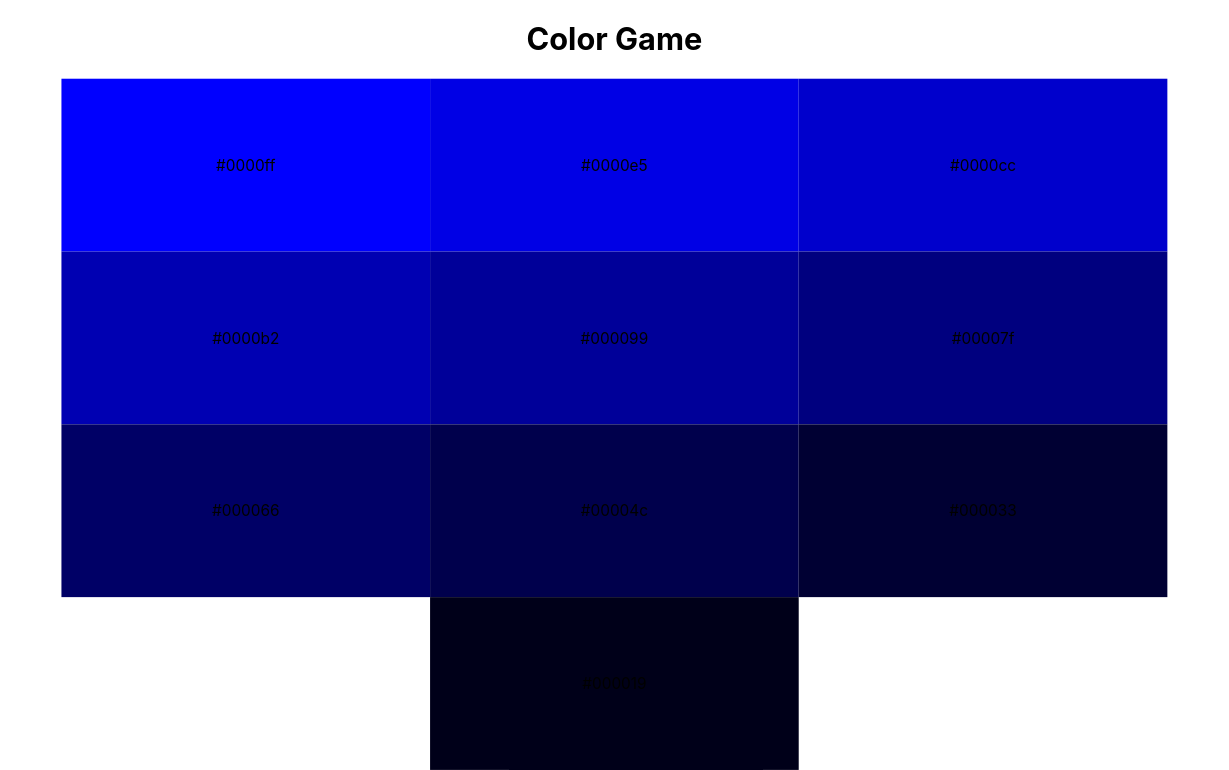
Repository: johnmutina/shades_of_blue
Page: /
The author's editor kept a copy of each file at every save. The page is drawn from the files as they stood at one save, then again after a run of saves.
The browser window is 1280 px wide. The pictures show the whole page, at 96% of full size.
The project was rebuilt for these pictures with package versions that can differ from the ones it lists, and the page was loaded fresh each time.

Above is the page before, as saved 2019-06-22 15:06:33.

### src/App.js
import React from 'react';
import ColorBoxes from './ColorBoxes';
import './App.css';

function App() {
  return (
    <div className="App">
      <ColorBoxes />
    </div>
  );
}

export default App;

### src/ColorBoxes.js
import React, { Component } from 'react';
import ColorBox from './ColorBox';

class ColorBoxes extends Component {
    constructor(props){
        super(props);
        this.state = {

        }
        this.handleClick = this.handleClick.bind(this);
    }

    handleClick() {
        console.log("test");
    }

    render(){
        let colorArr = ["#0000ff",
        "#0000e5",
        "#0000cc",
        "#0000b2",
        "#000099",
        "#00007f",
        "#000066",
        "#00004c",
        "#000033",
        "#000019",]
        // ['#FF6633', '#FFB399', '#FF33FF', '#FFFF99', '#00B3E6', '#E6B333', '#3366E6', '#999966', '#99FF99', '#B34D4D', '#80B300', '#809900', '#E6B3B3', '#6680B3', '#66991A', '#FF99E6', '#CCFF1A', '#FF1A66', '#E6331A', '#33FFCC'];
        // let idx = Math.floor(Math.random() * colorArr.length);
        return (
            <div>
                <h1>Color Game</h1>
                {colorArr.map(el => <ColorBox color={el} allColors={colorArr}/>)}
            </div>
        )
    }
}

export default ColorBoxes;

### src/ColorBox.js
import React, { Component } from 'react';
import './ColorBox.css';

class ColorBox extends Component {
    constructor(props){
        super(props);
        this.state = {
            color: this.props.color
        }
        this.handleClick = this.handleClick.bind(this);
        this.changeColor = this.changeColor.bind(this);
    }

    changeColor() {
        let newColors = this.props.allColors.filter(val => val !== this.props.color)
        let idx = Math.floor(Math.random() * newColors.length);
        this.setState({ color: newColors[idx] });
    }

    handleClick() {
        this.changeColor();
    }

    render(){
        return (
            <div className="ColorBox" style={{backgroundColor: this.state.color}} onClick={this.handleClick}>{this.props.color}</div>
        )
    }
}

export default ColorBox;

### src/ColorBox.css
.ColorBox {
    display: inline-block;
    width: 30%;
    height: 100px;
    padding-top: 80px;
}

Loaded but not shown: public/index.html (common file); src/index.js (common file); src/index.css (common file); src/serviceWorker.js (common file); src/App.css (common file)

After the next 2 saves:
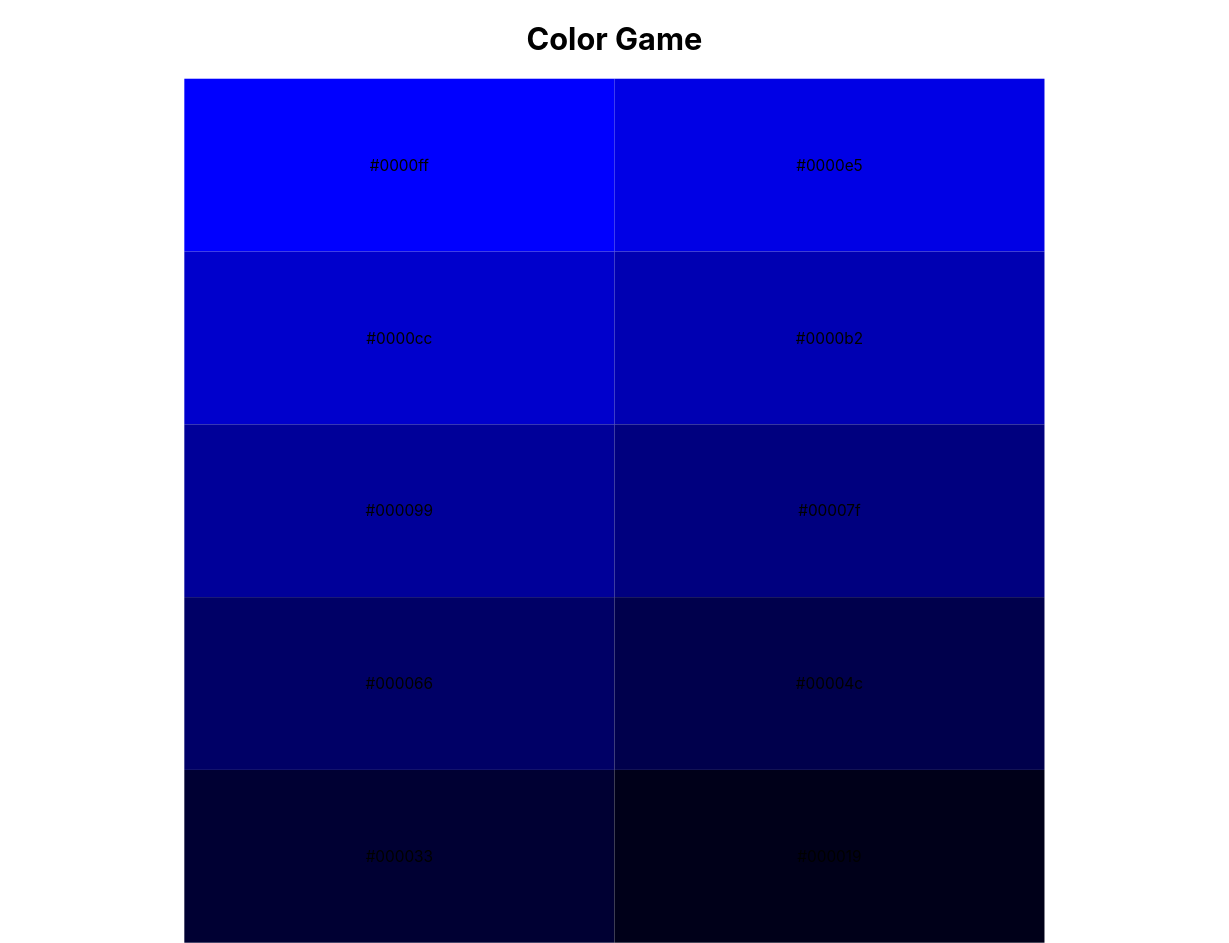
The 2 saves are shown as one change because they came seconds apart.
The last was saved 9 s later.
--- a/src/ColorBox.css
+++ b/src/ColorBox.css
@@ -1,6 +1,6 @@
 .ColorBox {
     display: inline-block;
-    width: 30%;
+    width: 35%;
     height: 100px;
     padding-top: 80px;
 }
